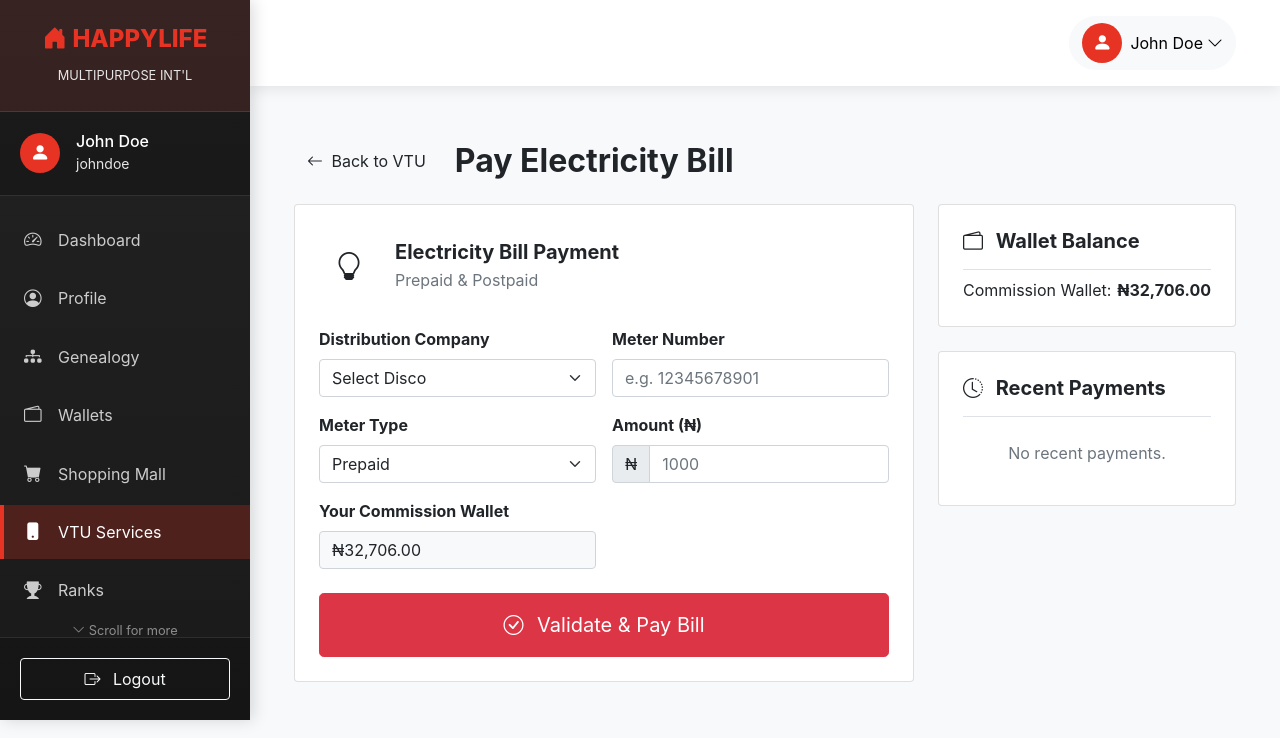
Repository: YackswebCode/happylife
Page: http://localhost/member/vtu/electricity
An editor plug-in stored every save of this project. The page is shown before and after the next save, followed by the edit.
The browser window is 1280 px wide. The pictures show the whole page.
The page is served by the project's Laravel application, run on PHP 8.4 with Laravel 12. The first stored user is signed in. The database holds what the project's SQL file puts in it. Queries for data that is not in the repository find no rows.

Above is the page before, as saved 2026-03-04 14:55:23.

After the next save:
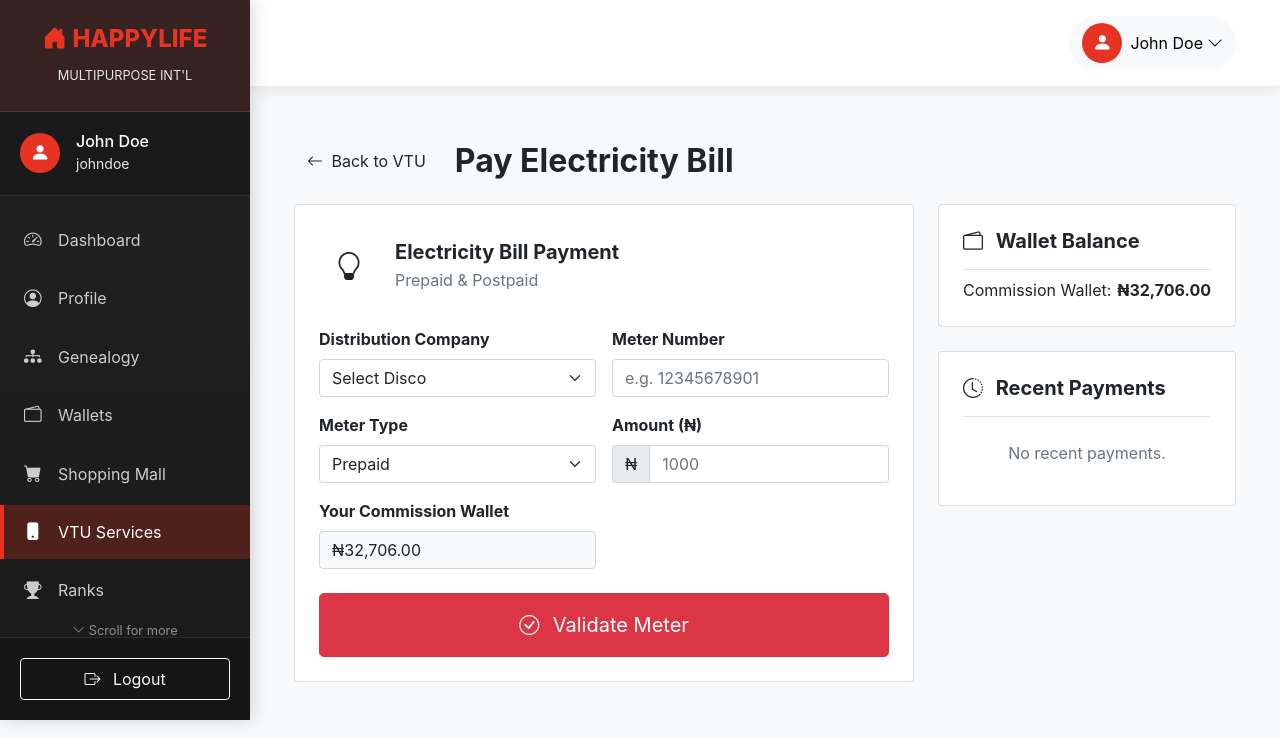
Saved 4 min 9 s later.
--- a/resources/views/member/vtu/electricity.blade.php
+++ b/resources/views/member/vtu/electricity.blade.php
@@ -39,6 +39,7 @@
                     </div>
                 </div>
 
+                <!-- Validation Alert Placeholder -->
                 <div id="validationAlert" class="alert d-none" role="alert"></div>
 
                 <form action="{{ route('member.vtu.electricity.purchase') }}" method="POST" id="electricityForm">
@@ -109,15 +110,37 @@
 
                         <div class="col-12 mt-4">
                             <button type="button" id="validateBtn" class="btn btn-danger btn-lg w-100 py-3">
-                                <i class="bi bi-check-circle me-2"></i> Validate & Pay Bill
+                                <i class="bi bi-check-circle me-2"></i> Validate Meter
                             </button>
                         </div>
                     </div>
                 </form>
+
+                <!-- Validation Result Section (hidden initially) -->
+                <div id="validationResult" class="mt-4 p-3 bg-light rounded-3 d-none">
+                    <h6 class="fw-bold mb-3"><i class="bi bi-check-circle-fill text-success me-2"></i>Meter Validated</h6>
+                    <div class="row g-2">
+                        <div class="col-md-6">
+                            <small class="text-secondary d-block">Customer Name</small>
+                            <strong id="displayCustomerName"></strong>
+                        </div>
+                        <div class="col-md-6">
+                            <small class="text-secondary d-block">Address</small>
+                            <strong id="displayAddress"></strong>
+                        </div>
+                    </div>
+                    <button type="button" id="confirmPaymentBtn" class="btn btn-success btn-lg w-100 mt-3 py-3">
+                        <i class="bi bi-lightning-charge me-2"></i> Confirm Payment
+                    </button>
+                    <button type="button" id="editDetailsBtn" class="btn btn-outline-secondary btn-sm mt-2">
+                        <i class="bi bi-pencil me-1"></i> Edit Details
+                    </button>
+                </div>
+
             </div>
         </div>
 
-        <!-- RIGHT SIDEBAR (UNCHANGED) -->
+        <!-- RIGHT SIDEBAR (unchanged) -->
         <div class="col-lg-4">
             <div class="card product-card p-4 mb-4">
                 <h5 class="fw-bold text-happylife-dark border-bottom pb-3">
@@ -176,6 +199,11 @@ const customerNameInput = document.getElementById('customer_name');
 const discoIdInput = document.getElementById('disco_id');
 const form = document.getElementById('electricityForm');
 const validationAlert = document.getElementById('validationAlert');
+const validationResult = document.getElementById('validationResult');
+const displayCustomerName = document.getElementById('displayCustomerName');
+const displayAddress = document.getElementById('displayAddress');
+const confirmPaymentBtn = document.getElementById('confirmPaymentBtn');
+const editDetailsBtn = document.getElementById('editDetailsBtn');
 
 function showAlert(message, type = 'danger') {
     validationAlert.className = `alert alert-${type} alert-dismissible fade show`;
@@ -187,6 +215,12 @@ function showAlert(message, type = 'danger') {
     validationAlert.scrollIntoView({ behavior: 'smooth', block: 'center' });
 }
 
+function resetValidationState() {
+    validationResult.classList.add('d-none');
+    validateBtn.disabled = false;
+    validateBtn.innerHTML = '<i class="bi bi-check-circle me-2"></i> Validate Meter';
+}
+
 validateBtn.addEventListener('click', function(e) {
     e.preventDefault();
 
@@ -199,9 +233,11 @@ validateBtn.addEventListener('click', function(e) {
     if (!meterNumber) return showAlert('Please enter your meter number.', 'warning');
     if (!amount || parseFloat(amount) < 100) return showAlert('Minimum ₦100 required.', 'warning');
 
+    // Disable button and show loading
     validateBtn.disabled = true;
     validateBtn.innerHTML = '<span class="spinner-border spinner-border-sm me-2"></span> Validating...';
     validationAlert.classList.add('d-none');
+    validationResult.classList.add('d-none');
 
     fetch('{{ route('member.vtu.electricity.validate') }}', {
         method: 'POST',
@@ -218,26 +254,42 @@ validateBtn.addEventListener('click', function(e) {
     })
     .then(res => res.json())
     .then(data => {
-
         if (data.success) {
+            // Store validated data in hidden fields
             customerNameInput.value = data.customer_name || '';
             discoIdInput.value = discoId;
-            form.submit();
+
+            // Display validation result
+            displayCustomerName.textContent = data.customer_name || 'N/A';
+            displayAddress.textContent = data.address || 'N/A';
+            validationResult.classList.remove('d-none');
+
+            // Disable validate button further (can re-enable with Edit)
+            validateBtn.disabled = true;
+            validateBtn.innerHTML = '<i class="bi bi-check-circle me-2"></i> Validated';
         } else {
             showAlert(data.error || 'Validation failed.', 'danger');
-            resetButton();
+            resetValidationState();
         }
-
     })
     .catch(err => {
-        showAlert('Validation failed. Try again.', 'danger');
-        resetButton();
+        console.error(err);
+        showAlert('Validation failed. Please try again.', 'danger');
+        resetValidationState();
     });
-
-    function resetButton() {
-        validateBtn.disabled = false;
-        validateBtn.innerHTML = '<i class="bi bi-check-circle me-2"></i> Validate & Pay Bill';
-    }
+});
+
+// Confirm Payment: submit the form
+confirmPaymentBtn.addEventListener('click', function() {
+    form.submit();
+});
+
+// Edit Details: re-enable the form and hide result section
+editDetailsBtn.addEventListener('click', function() {
+    resetValidationState();
+    // Optionally clear hidden fields
+    customerNameInput.value = '';
+    discoIdInput.value = '';
 });
 </script>
 @endpush
